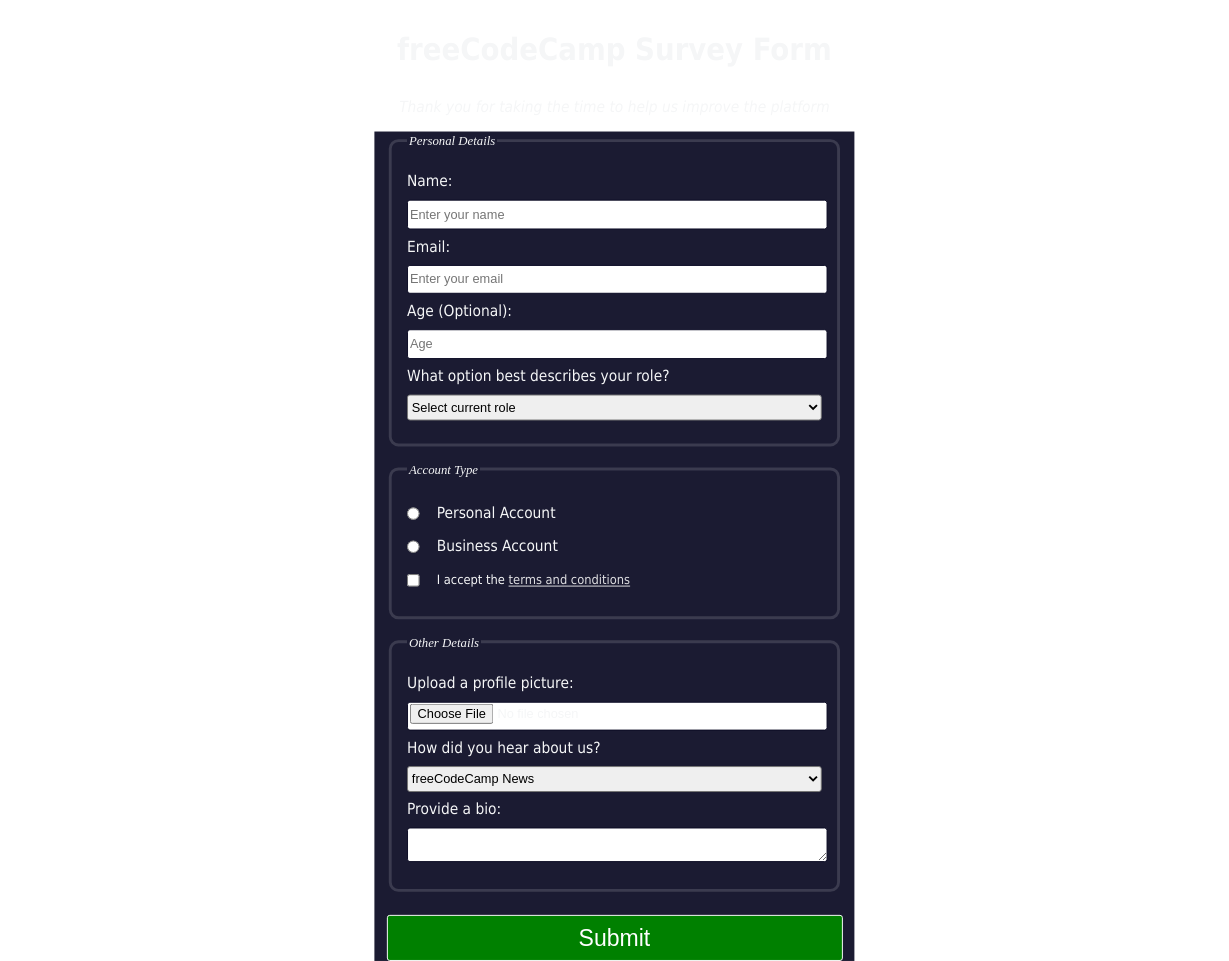
Repository: Lungdjos/survey_form_certification
Page: index.html
The author's editor kept a copy of each file at every save. The page is drawn from the files as they stood at one save, then again after the next save.
The browser window is 1280 px wide. The pictures show the whole page, at 96% of full size.

Above is the page before, as saved 2023-09-30 02:33:11.

### index.html
<!DOCTYPE html>
<html lang="en">

<head>
    <meta charset="UTF-8">
    <meta name="viewport" content="width=device-width, initial-scale=1.0">
    <title>Survey Form</title>
    <link rel="stylesheet" href="styles.css">
</head>

<body>
    <h1>freeCodeCamp Survey Form </h1>
    <p>Thank you for taking the time to help us improve the platform</p>
    <form action="https://register-demo.freecodecamp.org" method="post">
        <fieldset>
            <legend> <small>Personal Details</small> </legend>
            <label for="name">Name: <input type="text" id="name" name="name" placeholder="Enter your name" required> </label>
            <label for="email">Email: <input type="email" id="email" name="email" placeholder="Enter your email" required> </label>
            <label for="age">Age (Optional): <input type="number" name="age" id="age" min="13" max="100" placeholder="Age"> </label>
            <label for="referrer"> What option best describes your role?
                <select name="referrer" id="referrer">
                    <option value="">Select current role</option>
                    <option value="1"  name="news">Student</option>
                    <option value="2" name="youtube" >Full Time Job</option>
                    <option value="3" name="forum" >Full Time Learner</option>
                    <option value="4" name="other" >Prefer not to say</option>
                    <option value="5" name="other" >Other</option>
                </select>
            </label>
            <label for=""></label>
        </fieldset>
        <fieldset>
            <legend> <small>Account Type</small></legend>
            <label for="personal-account"> <input class="inline" type="radio" name="account-type" id="personal-account" selected> Personal Account</label>
            <label for="business-account"> <input class="inline" type="radio" name="account-type" id="business-account"> Business Account</label>
            <label for="terms-and-conditions"> <input class="inline" type="checkbox" name="ts-and-cs" id="terms-and-conditions" required> <small>I accept the <a href="https://www.freecodecamp.org/news/terms-of-service/">terms and conditions</a> </small> </label>
        </fieldset>
        <fieldset>
            <legend> <small>Other Details</small></legend>
            <label for="profile-pic">Upload a profile picture: <input type="file" name="profile-piture" id="profile-pic"></label>


            <label for="referrer"> How did you hear about us?
                <select name="referrer" id="referrer">
                    <option value="">(select one)</option>
                    <option value="1" selected name="news">freeCodeCamp News</option>
                    <option value="2" name="youtube" >freeCodeCamp YouTube Channel</option>
                    <option value="3" name="forum" >freeCodeCamp Forum</option>
                    <option value="4" name="other" >Other</option>
                </select>
            </label>
            <label for="bio">Provide a bio:
                <textarea name="biography" id="bio" cols="50" rows="2" placeholder="I like coding on the beach..." >
                </textarea>
            </label>
        </fieldset>

        <input type="submit" value="Submit" name="submit" id="submit-btn">
    </form>
</body>

</html>

### styles.css
/* designs for the survey form */


/* CSS for the Registration Form */

body {
    width: 100%;
    height: 100vh;
    /* will need to set the value to */
    margin: 15px 0 15px 0;
    color: #f5f6f7;
    font-size: 16px;
    font-family: Tahoma;
}

label {
    display: block;
    margin: .5rem 0;
}

a {
    color: #dfdfe2;
}

a:hover {
    color: blanchedalmond;
    text-decoration: none;
}

a:active {
    color: #0a0a23;
}

form {}

fieldset {
    margin: 15px;
    border-radius: 10px;
    border: 3px solid #3b3b4f;
    padding: 1rem;
}


/* gets the last element and take effects */


/* fieldset:last-of-type {
    border: none;
} */

input,
textarea,
select {
    margin: 10px 0 0 0;
    width: 100%;
    border-radius: 3px;
    min-height: 2em;
}

input,
textarea {
    background-color: #fff;
    border: 1px solid #0a0a23;
    color: ##0a0a23;
    ;
}

.inline {
    width: unset;
    margin: 0 1em 0 0;
    vertical-align: middle;
}

legend {
    font-style: italic;
    font-family: 'Times New Roman', Times, serif;
}

h1,
p {
    margin: 1em auto;
    text-align: center;
}

p {
    font-style: italic;
}

form {
    /* margin: 0px 30px 0px 30px; */
    margin: 0 auto;
    max-width: 500px;
    min-width: 300px;
    width: 60vw;
    background-color: #1b1b32;
}

#submit-btn:hover {
    background-color: blanchedalmond;
    margin-bottom: 2em;
    color: #0a0a23;
    border: 4px solid #3b3b4f;
    border-radius: 8px;
}

input[name="submit"] {
    display: block;
    width: 95%;
    margin: 1em auto;
    height: 2em;
    font-size: 1.5rem;
    background-color: green;
    color: #fff;
    border-color: white;
    min-width: 1em;
}

input[type="file"] {
    min-height: 2em;
    padding: 1px 2px;
}

After the next save:
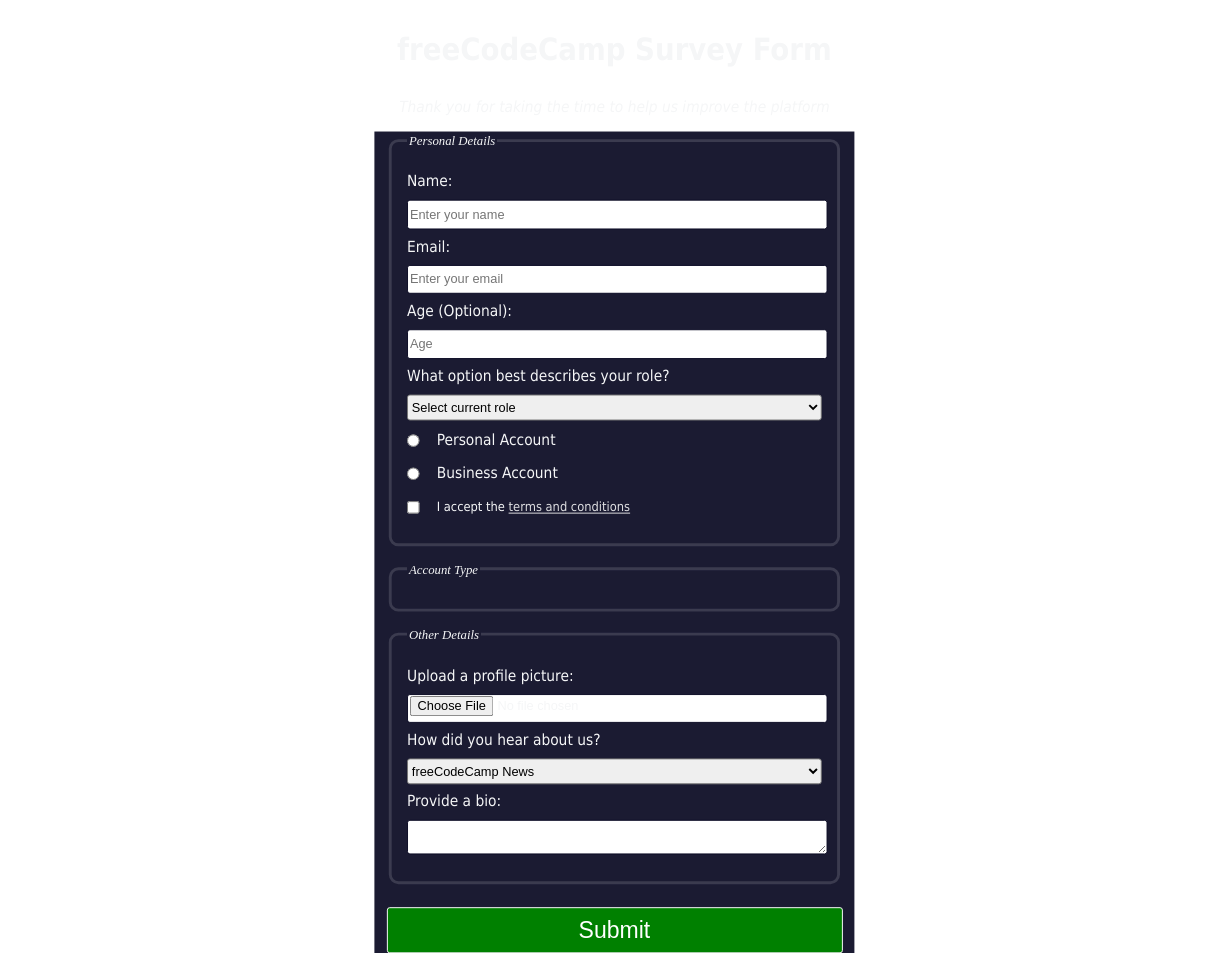
Saved 43 s later.
--- a/index.html
+++ b/index.html
@@ -27,13 +27,13 @@
                     <option value="5" name="other" >Other</option>
                 </select>
             </label>
-            <label for=""></label>
+            <label for=""><label for="personal-account"> <input class="inline" type="radio" name="account-type" id="personal-account" selected> Personal Account</label>
+            <label for="business-account"> <input class="inline" type="radio" name="account-type" id="business-account"> Business Account</label>
+            <label for="terms-and-conditions"> <input class="inline" type="checkbox" name="ts-and-cs" id="terms-and-conditions" required> <small>I accept the <a href="https://www.freecodecamp.org/news/terms-of-service/">terms and conditions</a> </small> </label></label>
         </fieldset>
         <fieldset>
             <legend> <small>Account Type</small></legend>
-            <label for="personal-account"> <input class="inline" type="radio" name="account-type" id="personal-account" selected> Personal Account</label>
-            <label for="business-account"> <input class="inline" type="radio" name="account-type" id="business-account"> Business Account</label>
-            <label for="terms-and-conditions"> <input class="inline" type="checkbox" name="ts-and-cs" id="terms-and-conditions" required> <small>I accept the <a href="https://www.freecodecamp.org/news/terms-of-service/">terms and conditions</a> </small> </label>
+
         </fieldset>
         <fieldset>
             <legend> <small>Other Details</small></legend>
